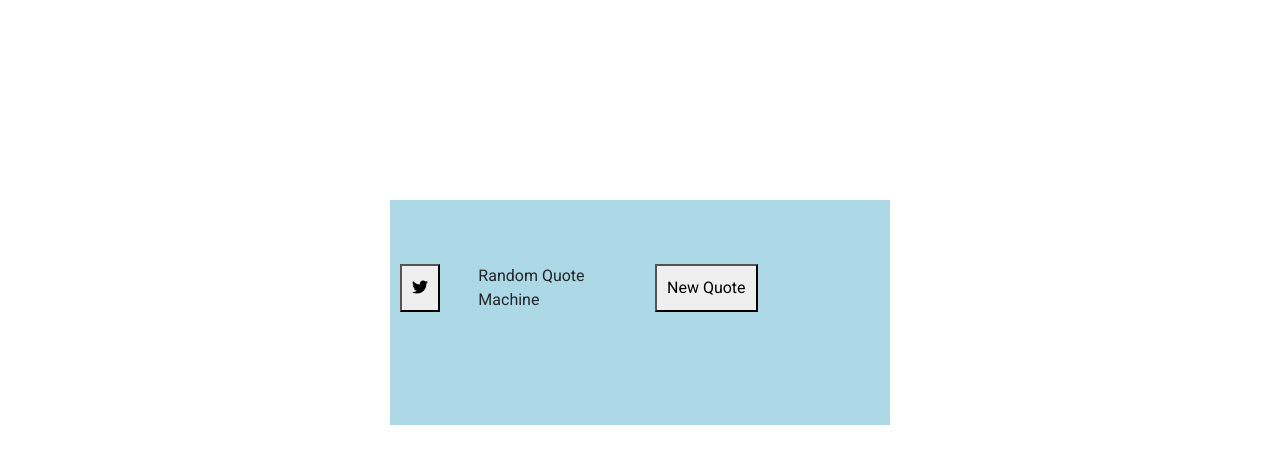
Repository: derektypist/random-quote-machine
Page: index.html
The author's editor kept a record of every edit. The page is drawn from the files as they stood at one moment, then again after the next edit.
The browser window is 1280 px wide. The pictures show the whole page.
Some web libraries are served in a nearby version.

Above is the page before.

After the next edit:
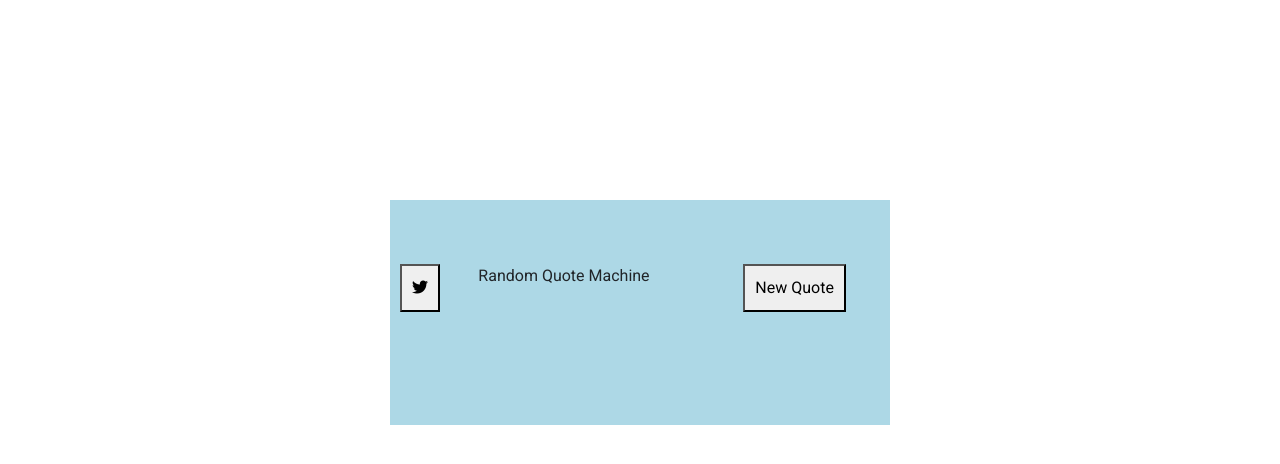
The edit:
--- a/index.html
+++ b/index.html
@@ -70,7 +70,8 @@
                 <a href="https://www.twitter.com/intent/tweet" target="_blank" title="Tweet" id="tweet-quote"><button type="button"><i class="fab fa-twitter"></i></button></a>
             </article>
 
-            <article class="col-sm-4">
+            <!-- Display Title (Random Quote Machine) -->
+            <article class="col-sm-6">
                 <p>Random Quote Machine</p>
             </article>
 
